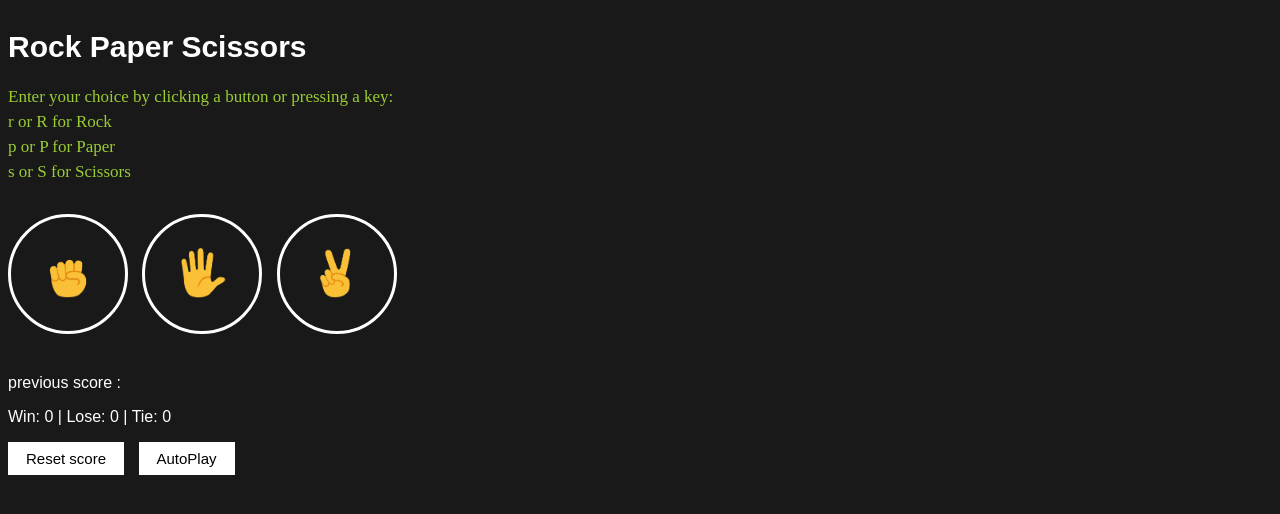
Repository: Gaurav124937/javascript
Page: html/08-rock-paper-scissors-evetlistner.html
An editor plug-in stored every save of this project. The page is shown before and after the next save, followed by the edit.
The browser window is 1280 px wide. The pictures show the whole page.

Above is the page before, as saved 2026-04-06 21:39:52.

After the next save:
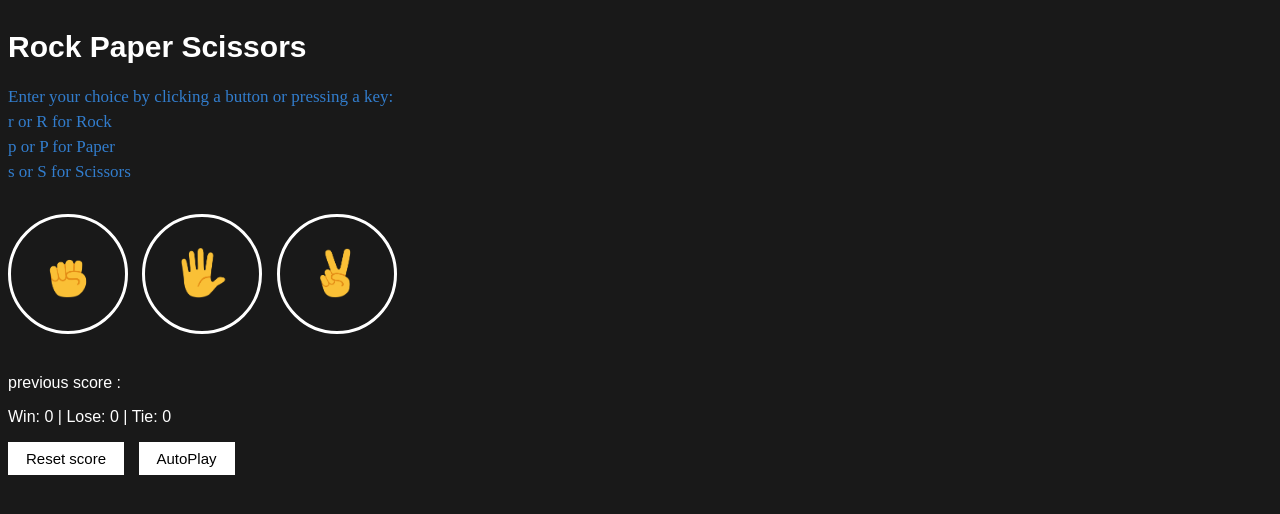
Saved 8 s later.
--- a/css/rock-paper-scisssor-autoplay.css
+++ b/css/rock-paper-scisssor-autoplay.css
@@ -61,7 +61,7 @@ body {
 }
 
 .instructions {
-    color: yellowgreen;
+    color: rgb(50, 125, 205);
     font-size: 17px;
     margin-bottom: 20px;
     font-family: 'Times New Roman', Times, serif;
